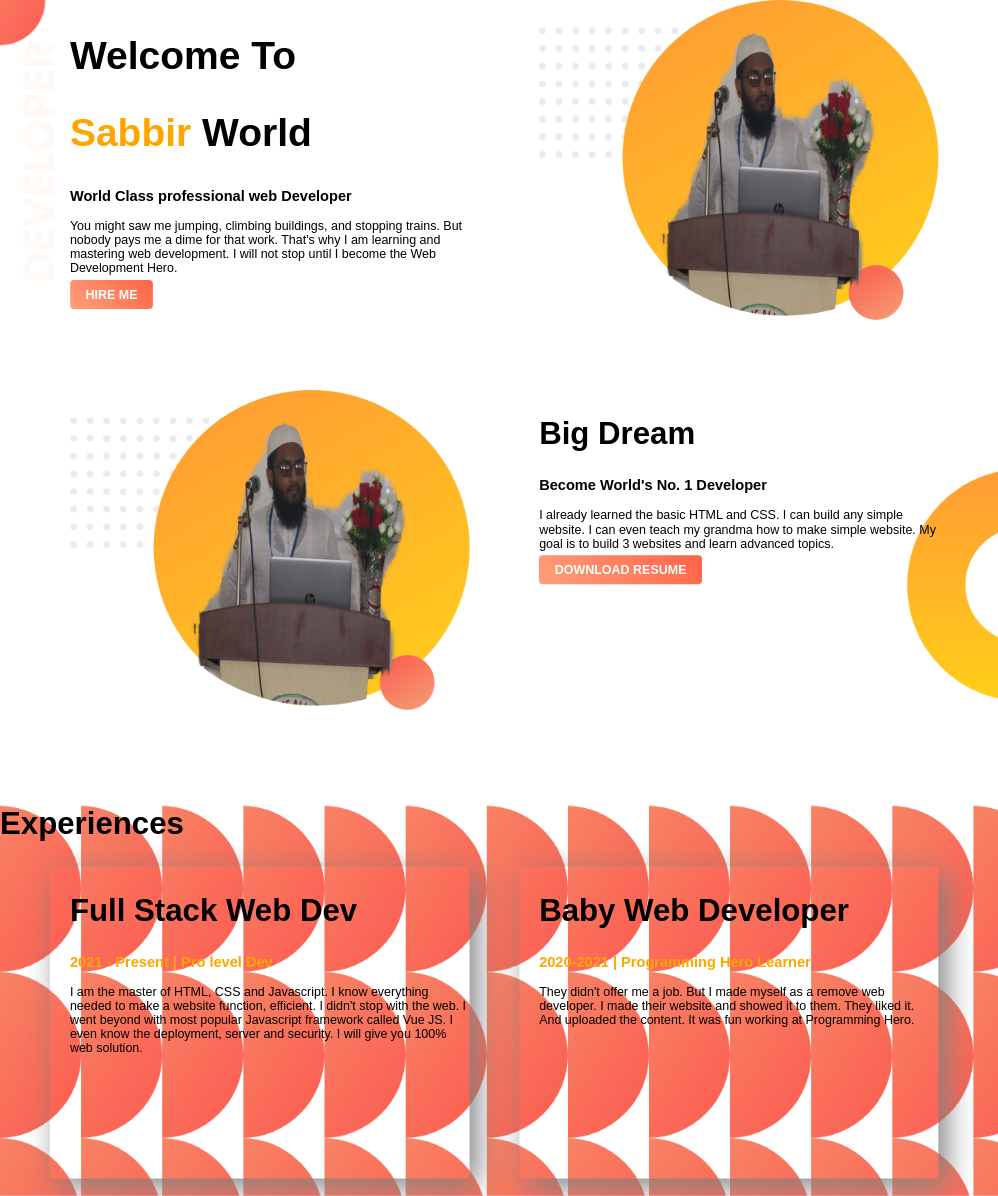
Repository: sabbircse3/web-protfolio
Page: index.html
The author's editor kept a copy of each file at every save. The page is drawn from the files as they stood at one save, then again after a run of saves.
The browser window is 1280 px wide. The pictures show the whole page, at 78% of full size.

Above is the page before, as saved 2021-01-04 10:46:27.

### index.html
<!DOCTYPE html>
<html lang="en">
<head>
    <meta charset="UTF-8">
    <meta name="viewport" content="width=device-width, initial-scale=1.0">
    <title>Sabbir web-portfolio</title>
    <link rel="preconnect" href="https://fonts.gstatic.com">
    <link href="https://fonts.googleapis.com/css2?family=Montserrat&display=swap" rel="stylesheet">
    <link rel="stylesheet" href="style.css">
</head>
<body>
    <section class="top-banner">
        <div class="half-width">
            <h1>Welcome To</h1>
            <h1> <span class="name-highlight">Sabbir</span> World</h1>
            <h3>World Class professional web Developer</h3>
            <p>You might saw me jumping, climbing buildings, and stopping trains. But nobody pays me a dime for that work. That's why I am learning and mastering web development. I will not stop until I become the Web Development Hero.</p>
            <a class="link-button" target="_blank" href="https://www.linkedin.com/company/programminghero/">HIRE ME</a>
        </div>

        <div class="half-width">
            <img src="images/sabbir1.png" alt="">
        </div>
    </section>

    <section class="dream-area">
        <div class="half-width">
            <img src="images/sabbir1.png" alt="">
        </div>

        <div class="half-width">
            <h2> Big Dream</h2>
            <h3>Become World's No. 1 Developer</h3>
            <p>I already learned the basic HTML and CSS. I can build any simple website. I can even teach my grandma how to make simple website. My goal is to build 3 websites and learn advanced topics.</p>
            <a class="link-button" target="_blank" href="https://www.linkedin.com/company/programminghero/">DOWNLOAD RESUME</a>
        </div>

    </section>

    <section class="experience-area">
        <h2>Experiences</h2>
        <div class="half-width single-experience">
            <h2>Full Stack Web Dev</h2>
            <h3 class="orange-highlight">2021 - Present | Pro level Dev</h3>
            <p>I am the master of HTML, CSS and Javascript. I know everything needed to make a website function, efficient. I didn't stop with the web. I went beyond with most popular Javascript framework called Vue JS. I even know the deployment, server and security. I will give you 100% web solution.</p>

        </div>

        <div class="half-width single-experience">
            <h2>Baby Web Developer</h2>
            <h3 class="orange-highlight">2020-2021 | Programming Hero Learner</h3>
            <p>They didn't offer me a job. But I made myself as a remove web developer. I made their website and showed it to them. They liked it. And uploaded the content. It was fun working at Programming Hero.</p>

        </div>

    </section>

</body>
</html>

### style.css
body{
    font-family: sans-serif;
    margin: 0px;
}
h1{
    font-size: 50px;
}
h2{
    font-size: 40px;
}
.name-highlight{
    color: orange;
}
.half-width{
    width: 40%;
    float: left;
    margin-left: 5%;
    padding-left: 2%;
}
.half-width img{
    width: 100%;
}
.top-banner{
    background-image: url("images/top-banner.png");
    background-repeat: no-repeat;
}
section{
    height: 500px;
}
.link-button{
    text-decoration: none;
    background-image: linear-gradient(45deg, lightSalmon, tomato);
    padding: 10px 20px;
    border-radius: 5px;
    color: white;
    font-weight: 700;
}
.dream-area{
    background-image: url("images/dream-bg.png");
    background-repeat: no-repeat;
    background-position: right;
}
.experience-area{
    background-image: url("images/exp-bg.png");
    back

}
.orange-highlight{
    color: orange;
}
.single-experience{
    box-shadow: 10px 10px 40px gray;
    border-radius: 5px;
    height: 80%;

}

After the next 2 saves:
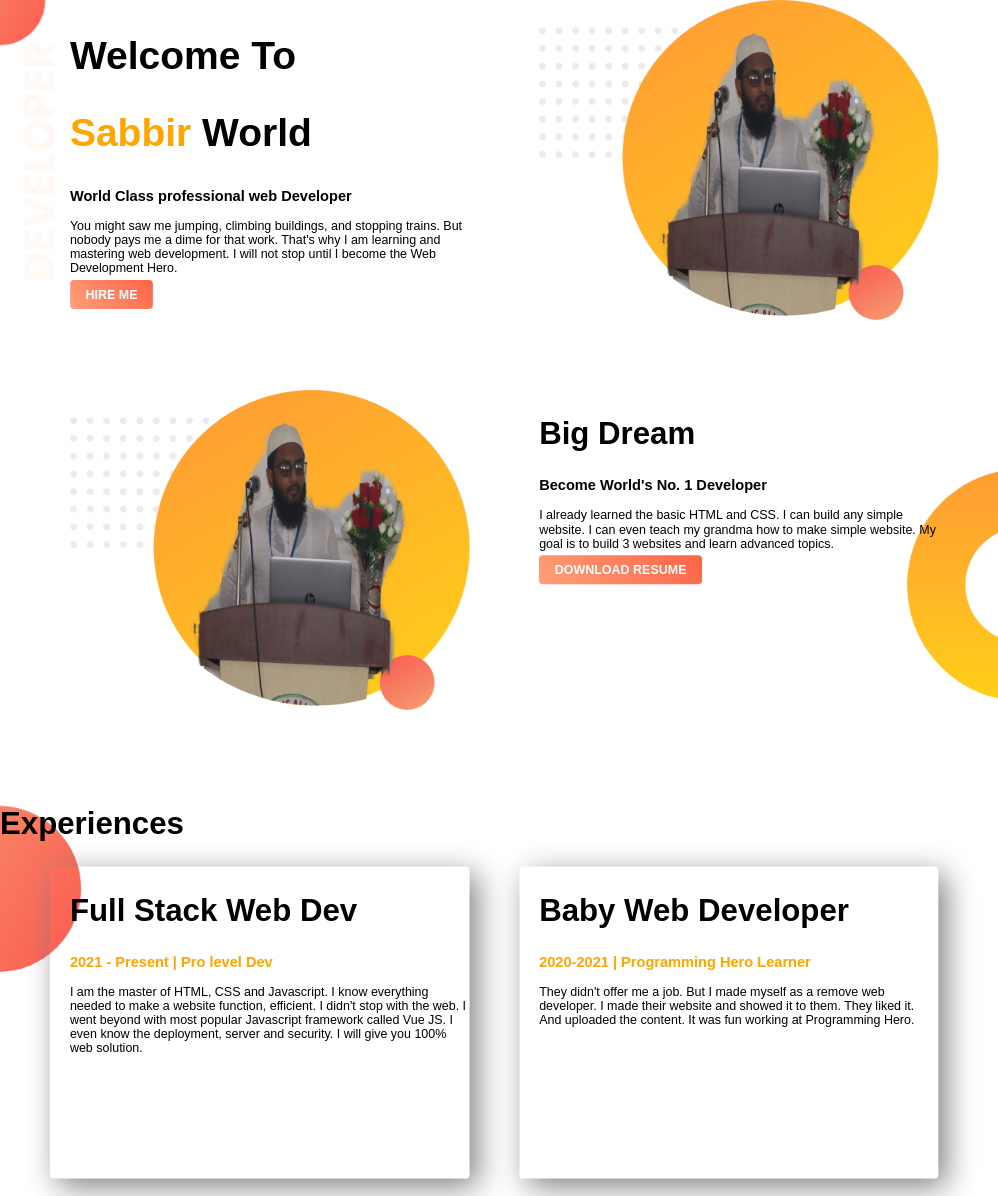
The 2 saves are shown as one change because they came seconds apart.
The last was saved 8 s later.
--- a/style.css
+++ b/style.css
@@ -42,7 +42,7 @@ section{
 }
 .experience-area{
     background-image: url("images/exp-bg.png");
-    back
+    background-repeat: no-repeat;
 
 }
 .orange-highlight{
